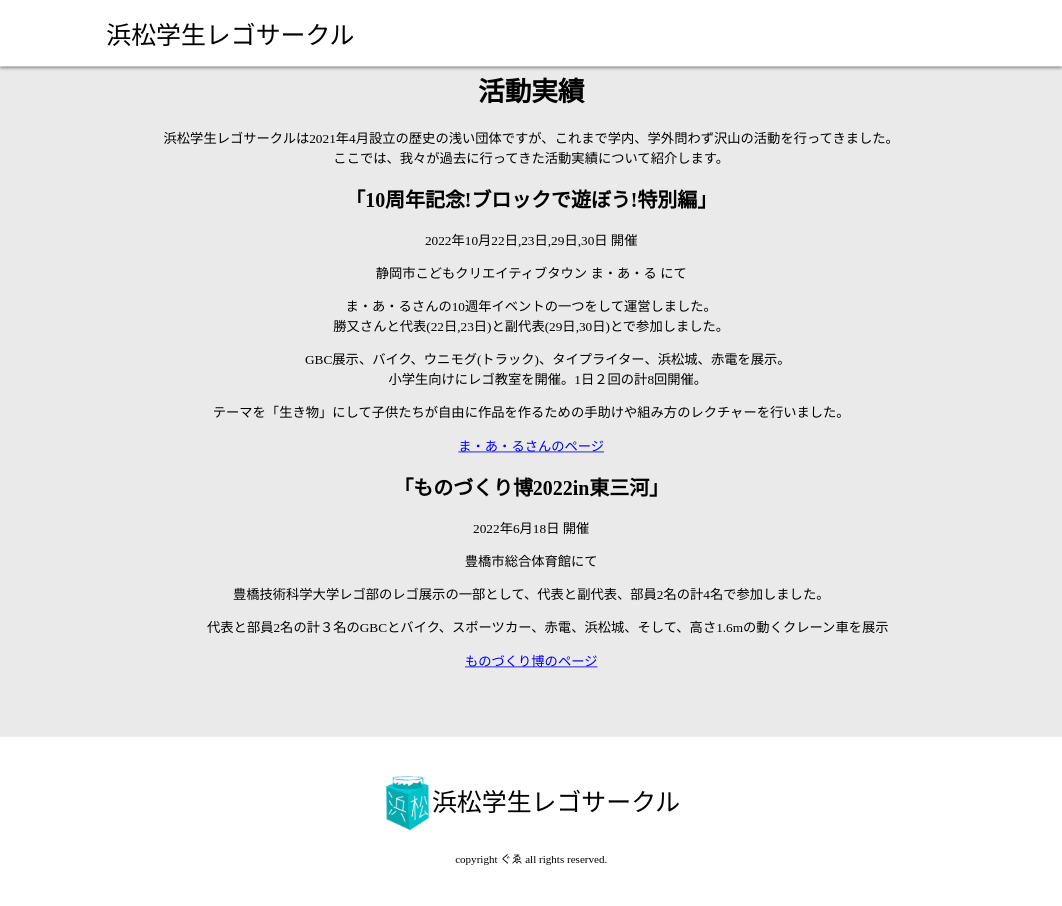
Repository: ghevp/LEGO-club
Page: http://localhost/?page=achievement
The author's editor kept a copy of each file at every save. The page is drawn from the files as they stood at one save, then again after the next save.
The browser window is 1280 px wide. The pictures show the whole page, at 83% of full size.
Some web fonts or font styles are not loaded; a fallback is used. The page is run by PHP 8.4 with error messages shown; the project is at /var/www/html/.

Above is the page before, as saved 2022-11-11 15:30:18.

### index.php
<!DOCTYPE html>
<html lang="ja">
<?php
    if(isset($_GET['page'])){
     $page=$_GET['page'];
    };
     if(isset($page)){


     }else{
                   $page="home";
     };
     $title = array('home' => "ホーム",
     'kainokoushiki' => "解の公式",
     'enword'=>"英語",
    'policy' => "ポリシー",
    'achievement' => "活動実績"
    );

     $c=0;
     $x=0;
     $y=0;
     $t=0;
?>
<head>
    <script async src="https://pagead2.googlesyndication.com/pagead/js/adsbygoogle.js?client=ca-pub-6911517647778874"
     crossorigin="anonymous"></script>
        <meta charset="UTF-8">
       <!-- Global site tag (gtag.js) - Google Analytics -->

</script>
        <meta name="author" content="ぐゑ">
        <meta name="twitter:card" content="summary_large_image">
        <meta name="twitter:site" content="@ghevp">
        <meta property="og:url" content="https://shizudailego.com">
        <meta property="og:title" content="浜松学生レゴサークル">
        <meta name="og:description" content="浜松を中心に活動している学生主体のレゴサークルです！！">
        <link rel="preconnect" href="https://fonts.googleapis.com">
        <link rel="preconnect" href="https://fonts.gstatic.com" crossorigin>
        <link href="https://fonts.googleapis.com/css2?family=Noto+Serif+JP:wght@500&family=Shippori+Mincho+B1:wght@800&family=Yuji+Syuku&display=swap" rel="stylesheet">
        <link rel="icon" href="img/favicon.ico" type="image/x-icon">
        <meta name="viewport" content="width=device-width,initial-scale=1.0,minimum-scale=1.0">
        <link rel="preconnect" href="https://fonts.googleapis.com">
        <link rel="preconnect" href="https://fonts.gstatic.com" crossorigin>
        <link href="https://fonts.googleapis.com/css2?family=M+PLUS+Rounded+1c&display=swap" rel="stylesheet">
        <meta name="viewport" content="width=device-width,initial-scale=1.0,minimum-scale=1.0">
        <link rel="preconnect" href="https://fonts.googleapis.com">
<link rel="preconnect" href="https://fonts.gstatic.com" crossorigin>
<link href="https://fonts.googleapis.com/css2?family=Kosugi&display=swap" rel="stylesheet">
        <link rel="stylesheet" href="css/style.css"><!--後でphpのif文の作成-->
        <title>
        <?php
      if (isset($title) == "") {
        echo "浜松学生レゴサークル";
    } else {
        echo "" . $title[$page] . " - 浜松学生レゴサークル";
    }
   ?>
        </title>

    <body style="margin: 0;">
        <?php


            include('page/'.$page.".php");




    ?>
     <header class="header">
        <div class="header_inner">

            <a href="?page=home">浜松学生レゴサークル</a>
        </div>
     </header>
     <footer class="footer">
        <div class="footer_inner">
        <img src="img/logo.png">
        <a href="?page=home">浜松学生レゴサークル</a>
        </div>
        <div class="copyright">
    <p><small>copyright <a href="https://ghevp.com">ぐゑ</a> all rights reserved.</small></p>
        </div>
    </footer>
    </body>

### page/achievement.php
<main class="main">
    <div class="achievement">
    <h1>活動実績</h1>
    <p>浜松学生レゴサークルは2021年4月設立の歴史の浅い団体ですが、これまで学内、学外問わず沢山の活動を行ってきました。<br>
    ここでは、我々が過去に行ってきた活動実績について紹介します。</p>
    <div class="one_of_achievement">
    <h2>「10周年記念!ブロックで遊ぼう!特別編」</h2>
    <p class="date">2022年10月22日,23日,29日,30日 開催</p>
    <p>静岡市こどもクリエイティブタウン ま・あ・る にて</p>
    <p>ま・あ・るさんの10週年イベントの一つをして運営しました。<br>
    勝又さんと代表(22日,23日)と副代表(29日,30日)とで参加しました。<br>
    <ul>
    <li>GBC展示、バイク、ウニモグ(トラック)、タイプライター、浜松城、赤電を展示。</li>
    <li>小学生向けにレゴ教室を開催。1日２回の計8回開催。</li>
    </ul>
    テーマを「生き物」にして子供たちが自由に作品を作るための手助けや組み方のレクチャーを行いました。
    </p>
    <a href="https://maaru-ct.jp/report/155443/?s=06">ま・あ・るさんのページ</a>
    </div>
    <div class="one_of_achievement">
    <h2>「ものづくり博2022in東三河」</h2>
    <p class="date">2022年6月18日 開催</p>
    <p>豊橋市総合体育館にて</p>
    <p>豊橋技術科学大学レゴ部のレゴ展示の一部として、代表と副代表、部員2名の計4名で参加しました。<br>
    <ul>
    <li>代表と部員2名の計３名のGBCとバイク、スポーツカー、赤電、浜松城、そして、高さ1.6mの動くクレーン車を展示</li>

    </ul>

    <a href="https://www.honokuni.or.jp/toyohashi/event-info/?Mode=detail&code=554">ものづくり博のページ</a>
    </p>

    </div>
    </div>
</main>

### css/style.css
.container {
    padding: 0 2rem;
  }
  .header{
    position: fixed;
    top:0;
    left: 0;
    right: 0;
    height: 80px;
    background-color: white;
    z-index: 10;
    box-shadow: 0 2px 4px gray;
  }
  .policy{
    position: absolute;
    flex:3;
  }

  .policy h1{
    font-family: 'Yuji Syuku', serif;
    font-size: 100px;
    color: rgb(255, 255, 255);
    text-shadow: 1px 1px 10px black;
    padding-bottom: 200px;
  }
  @media (min-width: 1500px) {
  .policy h1 {
      font-size: 150px;
    }
  }
  @media (max-width: 900px) {
    .policy h1 {
        font-size: 50px;
      }
    }
 .achievement p{
  text-align: center;
 }
 .achievement{
  text-align: center;
 }
 .achievement h1{
  text-align: center;
 }
 .achievement li{
  list-style: none;
 }
  .header_inner{
    padding-left: 10%;
    padding-right: 10%;
    height: 100%;
    position: relative;
    display: flex;
    justify-content: space-between;
    align-items: center;

  }
  .header_inner a{
    text-decoration: none;
    color:inherit;
    font-size: 30px;
    font-family: 'Shippori Mincho B1', serif;
  }

  .main h2{
    text-align: center;
  }

  .header_logo img{
    width: 80px;
    display: block;
  }
  .header_site_menu{

    position: absolute;
    top: 100%;
    right: 0;
    left: 80%;
    color: whitesmoke;
    padding-top: 50px;
    background-color: #0070f3;
    padding-bottom: 100%;
    display: none;

  }
  .site_menu{
    align-items: center;

  }
  .site_menu ul{
    list-style: none;
    font-size: 20px;


  }
  .site_menu li{
    margin-top: 20px;
  }
  .site_menu a{

    color:inherit;
    text-decoration: none;
  }
  .button{
    display: block;
    width: 64px;
    height: 54px;
    background-image: url(https://github.com/ghevp/my-portfolio/blob/main/img/hbm.png?raw=true);
    background-size: 90%;
    background-position: center;
    background-repeat: no-repeat;
    background-color: transparent;
    border-radius:0;
    outline: none;
    border: none;
  }
  .header_site_menu.is-show{
    display: block;
  }
  .tell{
    position:inherit;
    width: 70%;
    max-width: 1000px;
  }
  .tell_include{
    display: flex;
    justify-content: space-between;

    align-items: center;

  }
  .tell_include img{
    width: 100%;
    display: block;
    border-radius: 20px;
    border:5px solid black;

  }

  .tell_include a{
    margin-left: 5%;
    margin-right: 5%;
  }
  .introduce{

  display: block;
   align-items: center;

  }
  .intro1{

    text-align: center;

  }
  .introduce ul{
    list-style: none;
    display: flex;
    justify-content: space-between;

  }
  .rinks ul{
    list-style: none;
    display: flex;
    justify-content: space-between;

  }
  .rinks a{
    text-align: center;
    font-size: 20px;
    width: 180px;
    height: 40px;
    color: #fafafa;
    border-radius: 15px;
    background-color:black
  }
  .introduce ul li{
    width: 30%;
    margin-left: 6%;
    margin-right: 6%;

  }
  .introduce_before{
    position:static;
    width: 65%;


  }
  .shizudai {
    font-size: 24px;

  }
  .introduce_before h1{
    text-align: center;
  }
  .details{
    text-align: center;

  }
  .details p{
    font-size: 18px;
  }
  .pin-main{
    flex: 2;
    position: relative;
  }
  .pic-main img{
    width: 100%;

  }
  .body{
    display: block;
    margin: 0;
  }
  .slider {
    width: 100%;

  　　overflow: hidden;
  　　margin: 0 auto;
   flex:2;

  }
  .slider-item {
    width: 100%;
    float: left;
  }
  img{
    width:100%;
  }
  .slider-inner {
    width: 300%;
    animation: slider 15s infinite ease;
    display: flex;
  }

  @keyframes slider {
    0% {
    transform: translateX(0);
    }
    15% {
    transform: translateX(-33.3%);
    }
    33% {
      transform: translateX(-33.3%);
      }
    48% {
    transform: translateX(-66.6%);
    }
    66% {
      transform: translateX(-66.6%);
      }
    81% {
      transform: translateX(0);
      }
    100% {
    transform: translateX(0);
    }
  }
  .main {
    min-height: 70vh;
    padding: 4rem 0;
    flex: 1;
    display: flex;
    flex-direction: column;
    justify-content: center;
    align-items: center;
    background-color: #eaeaea;
  }

  .footer {
    display: flex;
    flex-direction: column;
    padding: 2rem 0;
    border-top: 1px solid #eaeaea;
    justify-content: center;
    align-items: center;
    flex-grow: 1;
  }
  .footer img{
    width:60px;
  }
  .footer_inner{
    display:flex;
    align-items: center;
  }
  .footer_inner a{
    font-size: 30px;
    text-decoration: none;
    color: black;
    font-family: 'Shippori Mincho B1', serif;
  }
  .footer a{
    text-decoration: none;
    color: black;
  }


  .title a {
    color: #0070f3;
    text-decoration: none;
  }

  .title a:hover,
  .title a:focus,
  .title a:active {
    text-decoration: underline;
  }

  .title {
    margin: 0;
    margin-top: 80px;
    line-height: 1.15;
    font-size: 4rem;
  }

  .title,
  .description {
    text-align: center;
  }

  .description {
    margin: 4rem 0;
    line-height: 1.5;
    font-size: 1.5rem;
  }

  .code {
    background: #fafafa;
    border-radius: 5px;
    padding: 0.75rem;
    font-size: 1.1rem;
    font-family: Menlo, Monaco, Lucida Console, Liberation Mono, DejaVu Sans Mono,
      Bitstream Vera Sans Mono, Courier New, monospace;
  }

  .grid {
    display: flex;
    align-items: center;
    justify-content: center;
    flex-wrap: wrap;
    max-width: 800px;
  }

  .card {
    margin: 1rem;
    padding: 1.5rem;
    text-align: left;
    color: inherit;
    text-decoration: none;
    border: 1px solid #eaeaea;
    border-radius: 10px;
    transition: color 0.15s ease, border-color 0.15s ease;
    max-width: 300px;
  }

  .card:hover,
  .card:focus,
  .card:active {
    color: #0070f3;
    border-color: #0070f3;
  }

  .card h2 {
    margin: 0 0 1rem 0;
    font-size: 1.5rem;
  }

  .card p {
    margin: 0;
    font-size: 1.25rem;
    line-height: 1.5;
  }

  .logo {
    height: 1em;
    margin-left: 0.5rem;
  }

  @media (max-width: 600px) {
    .grid {
      width: 100%;
      flex-direction: column;
    }
  }

After the next save:
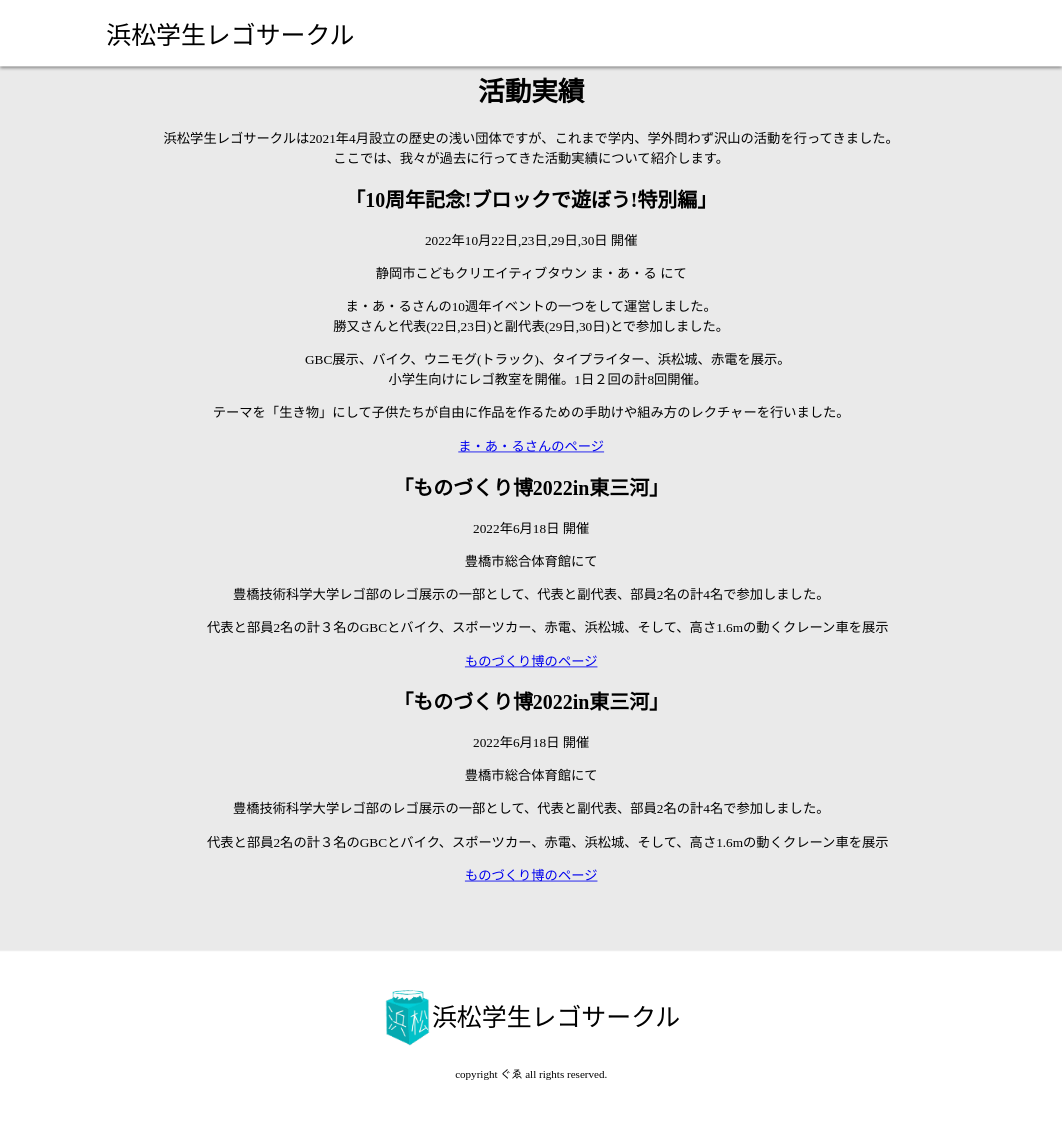
Saved 21 s later.
--- a/page/achievement.php
+++ b/page/achievement.php
@@ -31,5 +31,19 @@
     </p>
 
     </div>
+    <div class="one_of_achievement">
+    <h2>「ものづくり博2022in東三河」</h2>
+    <p class="date">2022年6月18日 開催</p>
+    <p>豊橋市総合体育館にて</p>
+    <p>豊橋技術科学大学レゴ部のレゴ展示の一部として、代表と副代表、部員2名の計4名で参加しました。<br>
+    <ul>
+    <li>代表と部員2名の計３名のGBCとバイク、スポーツカー、赤電、浜松城、そして、高さ1.6mの動くクレーン車を展示</li>
+
+    </ul>
+
+    <a href="https://www.honokuni.or.jp/toyohashi/event-info/?Mode=detail&code=554">ものづくり博のページ</a>
+    </p>
+
+    </div>
     </div>
 </main>
